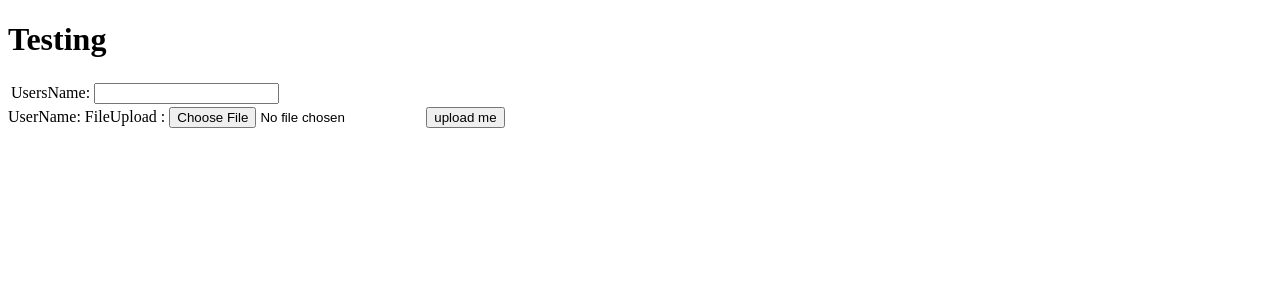
Repository: aygodbole/Coding-Assessment
Page: http://localhost/DocMgmt/resources/views/index.jsp
The author's editor kept a copy of each file at every save. The page is drawn from the files as they stood at one save, then again after the next save.
The browser window is 1280 px wide. The pictures show the whole page.
The page is served by Tomcat 9.

Above is the page before, as saved 2017-12-20 06:19:50.

After the next save:
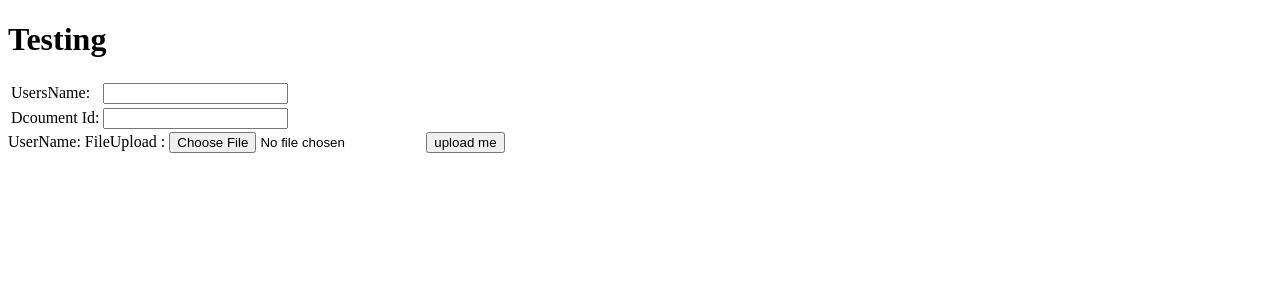
Saved 27 s later.
--- a/DocMgmt/src/main/webapp/resources/views/index.jsp
+++ b/DocMgmt/src/main/webapp/resources/views/index.jsp
@@ -12,6 +12,11 @@
 <tr>
 <td>UsersName:</td>
 <td><input type= "text" id="fileAttUpload" ng-model="userName"></td>
+</tr>
+
+<tr>
+<td>Dcoument Id:</td>
+<td><input type= "text" id="fileAttUpload" ng-model="docId"></td>
 </tr>
 </table>
 UserName:
